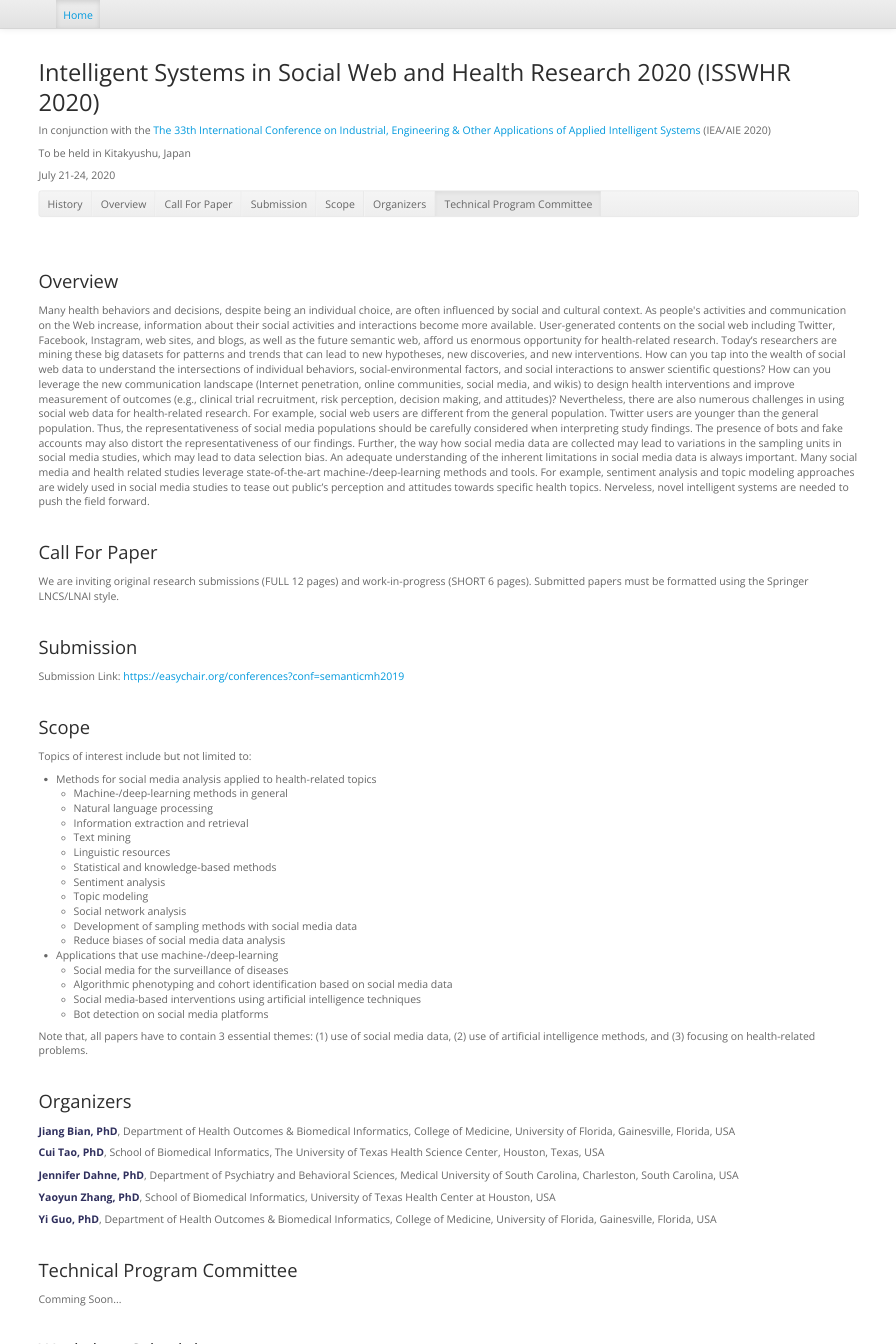
Repository: bianjiang/semantics-powered.org
Page: ISSWHR-2020/index.html
These files come from the project's save history. The page is drawn as it stood at one moment and after a run of saves; the edit follows.
The browser window is 1280 px wide. The pictures show the part of the page from y = 0 to 1920 px (the page is 2612 px tall), at 70% of full size.
Some web libraries are served in a nearby version.

Above is the page before, as saved 2019-10-26 17:02:18.
Console error (its wording comes from the project's code and is left out).

After the next 7 saves:
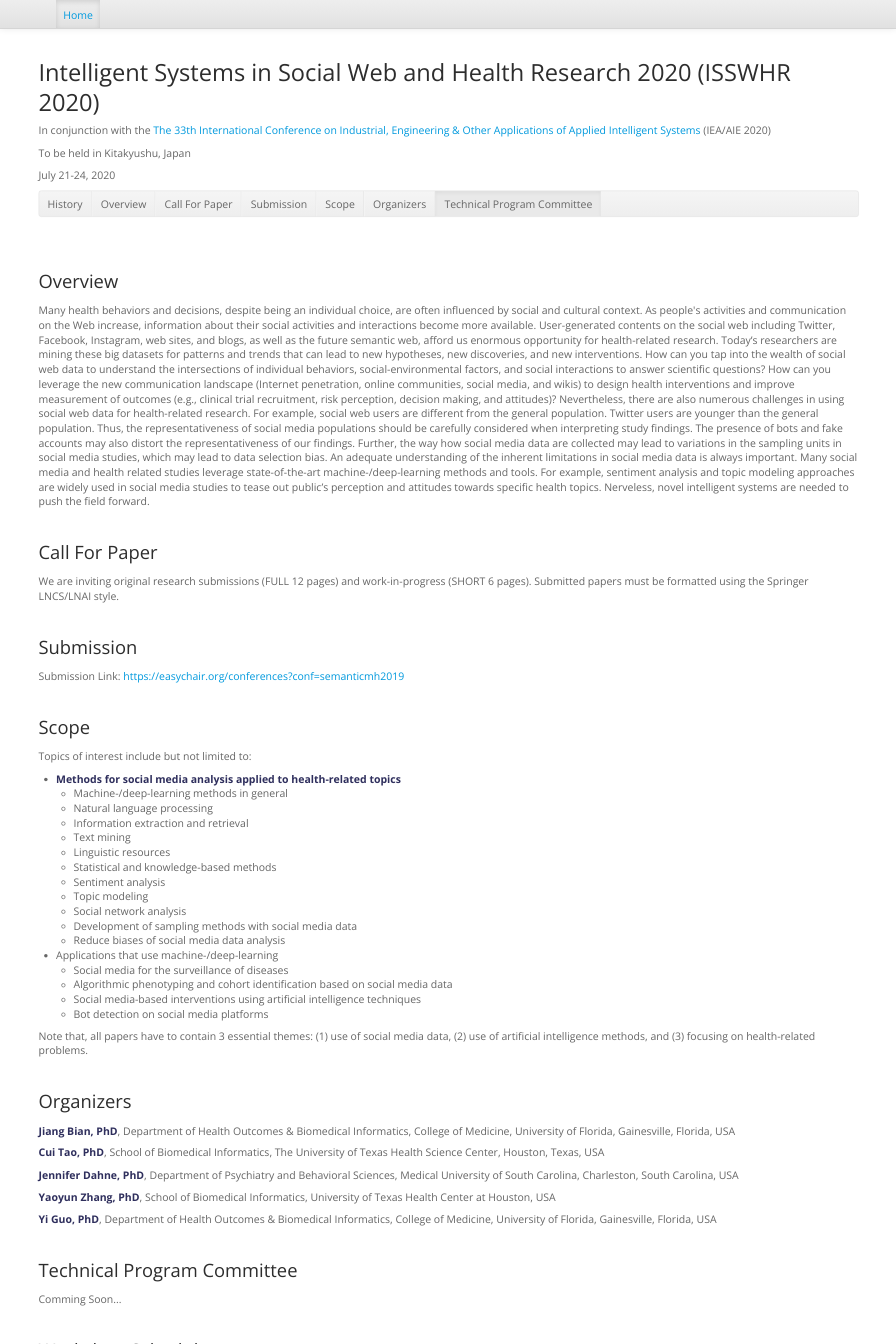
The 7 saves are shown as one change because they came seconds apart.
The last was saved 22 s later.
--- a/ISSWHR-2020/index.html
+++ b/ISSWHR-2020/index.html
@@ -194,7 +194,8 @@
           <h3>Scope</h3>
           <p>Topics of interest include but not limited to:</p>
           <ul>
-            <li>Methods for social media analysis applied to health-related topics
+            <li>
+              <b>Methods for social media analysis applied to health-related topics</b>
               <ul>
                 <li>Machine-/deep-learning methods in general</li>
                 <li>Natural language processing</li>
